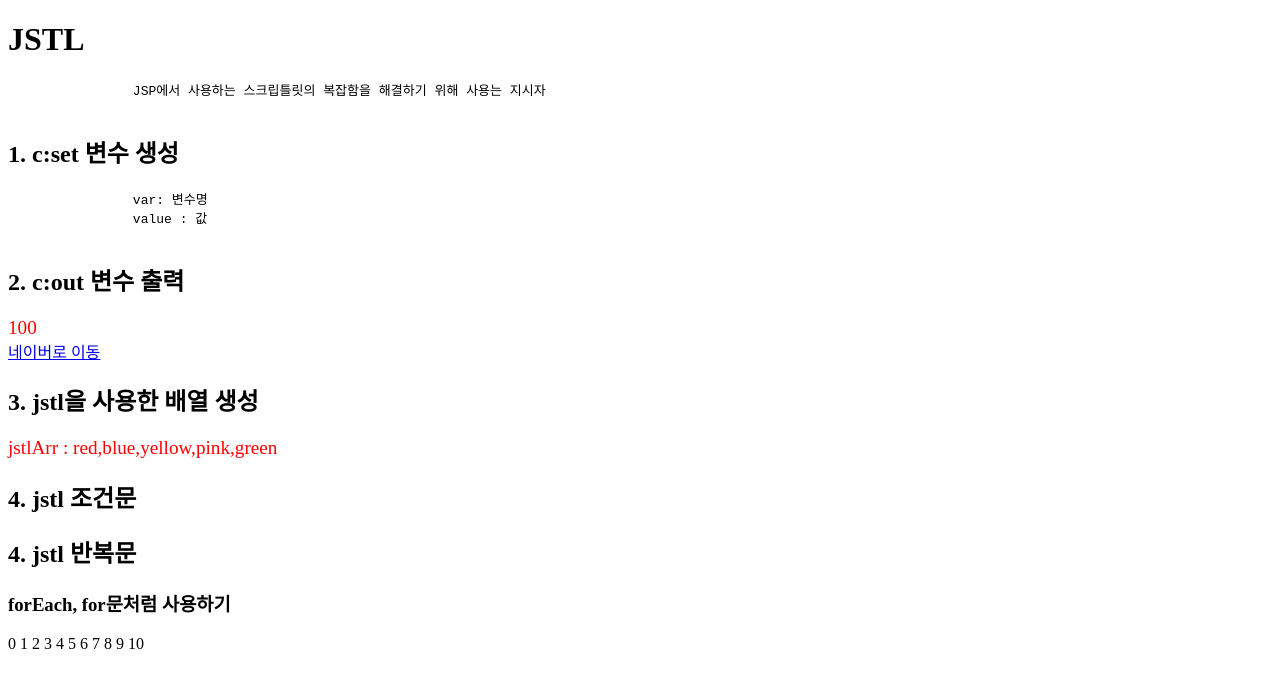
Repository: vaynel/StudyFile
Page: http://localhost/spring04_jsp/jstl
An editor plug-in stored every save of this project. The page is shown before and after the next save, followed by the edit.
The browser window is 1280 px wide. The pictures show the whole page.
The page is served by Tomcat 9.

Above is the page before, as saved 2023-01-20 02:17:57.

After the next save:
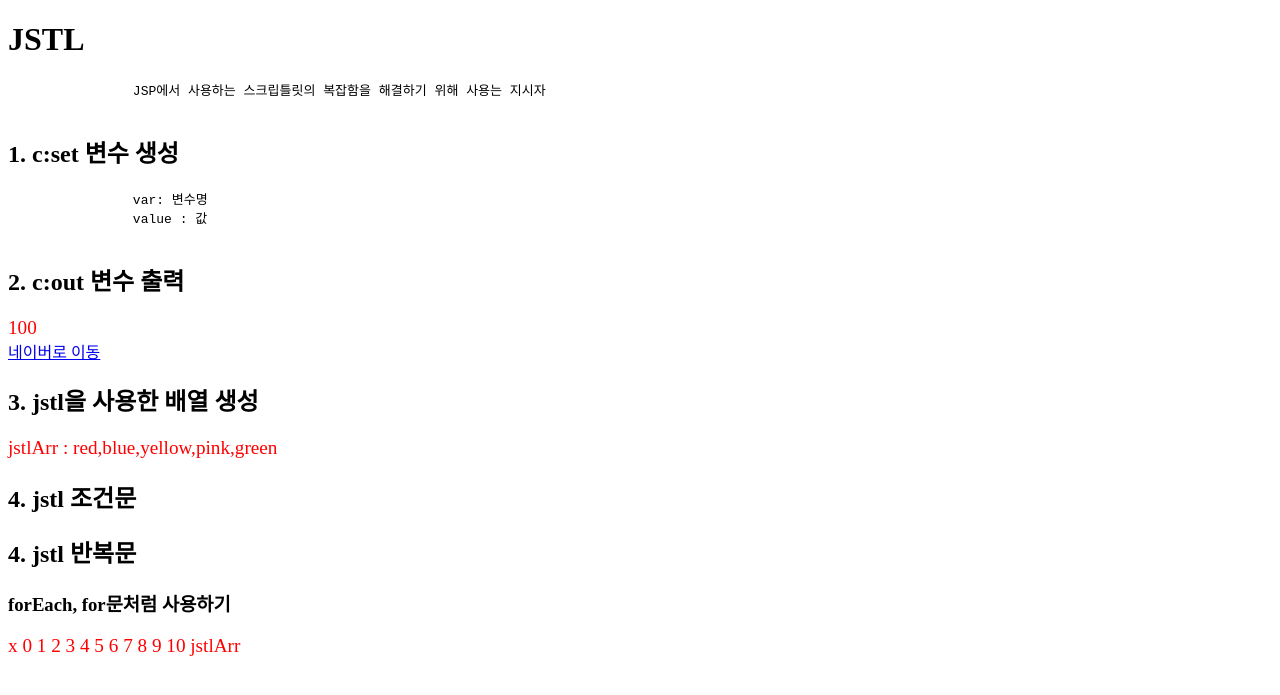
Saved 14 s later.
--- a/H_spring/spring04_jsp/WebContent/WEB-INF/views/el-jstl/jstl.jsp
+++ b/H_spring/spring04_jsp/WebContent/WEB-INF/views/el-jstl/jstl.jsp
@@ -41,9 +41,11 @@
 
 	<h2>4. jstl 반복문</h2>
 	<h3>forEach, for문처럼 사용하기</h3>
+	<span>x
 	<c:forEach var="i" begin="0" end ="10" step="1">
 		${i}
 	</c:forEach>
+	jstlArr
 
 
 
